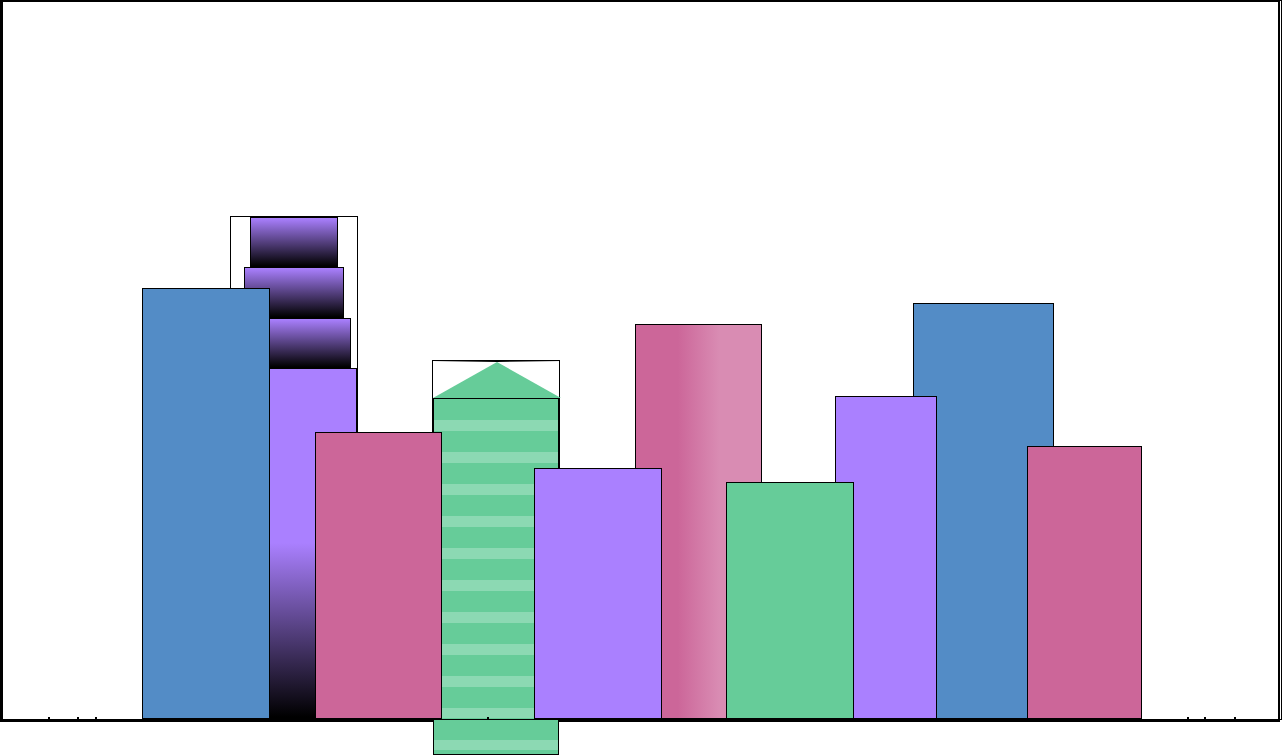
Repository: Lungdjos/city_skyline
Page: index.html
These files come from the project's save history. The page is drawn as it stood at one moment and after a run of saves; the edit follows.
The browser window is 1280 px wide. The page is 1282 px wide, so the pictures cover 1282 px, including what lies to the right of the window. The pictures show the whole page.

Above is the page before, as saved 2023-12-12 11:11:19.

### index.html
<!DOCTYPE html>
<html lang="en">

<head>
    <meta charset="UTF-8">
    <meta name="viewport" content="width=device-width, initial-scale=1.0">
    <title>City Skyline</title>
    <link href="styles.css" rel="stylesheet" />
</head>

<body>
    <div class="background-buildings">
        <div></div>
        <div></div>
        <div class="bb1">
            <div class="bb1a bb1-window"></div>
            <div class="bb1b bb1-window"></div>
            <div class="bb1c bb1-window"></div>
            <div class="bb1d"></div>
        </div>
        <div class="bb2">
            <div class="bb2a"></div>
            <div class="bb2b"></div>
        </div>
        <div class="bb3"></div>
        <div></div>
        <div class="bb4"></div>
        <div></div>
        <div></div>
    </div>
    <div class="foreground-buildings">
        <div></div>
        <div></div>
        <div class="fb1"></div>
        <div class="fb2"></div>
        <div></div>
        <div class="fb3"></div>
        <div class="fb4"></div>
        <div class="fb5"></div>
        <div class="fb6"></div>
        <div></div>
        <div></div>
    </div>
</body>

</html>

</html>

</html>

### styles.css
:root {
    --building-color1: #aa80ff;
    --building-color2: #66cc99;
    --building-color3: #cc6699;
    --building-color4: #538cc6;
    --window-color1: black;
    --window-color2: #8cd9b3;
    --window-color3: #d98cb3;
}

* {
    border: 1px solid black;
    box-sizing: border-box;
}

body {
    height: 100vh;
    margin: 0;
    overflow: hidden;
}

.background-buildings,
.foreground-buildings {
    width: 100%;
    height: 100%;
    display: flex;
    align-items: flex-end;
    justify-content: space-evenly;
    position: absolute;
    top: 0;
}


/* BACKGROUND BUILDINGS - "bb" stands for "background building" */

.bb1 {
    width: 10%;
    height: 70%;
    display: flex;
    flex-direction: column;
    align-items: center;
}

.bb1a {
    width: 70%;
}

.bb1b {
    width: 80%;
}

.bb1c {
    width: 90%;
}

.bb1d {
    width: 100%;
    height: 70%;
    background: linear-gradient( var(--building-color1) 50%, var(--window-color1));
}

.bb1-window {
    height: 10%;
    background: linear-gradient( var(--building-color1), var(--window-color1));
}

.bb2 {
    width: 10%;
    height: 50%;
}

.bb2a {
    /* margin: auto;
     width: 5vw;
    height: 5vw;
    border-top: 1vw solid #000;
    */
    border-bottom: 5vh solid var(--building-color2);
    border-left: 5vw solid transparent;
    border-right: 5vw solid transparent;
}

.bb2b {
    width: 100%;
    height: 100%;
    background: repeating-linear-gradient(var(--building-color2) 0%, var(--building-color2) 6%, var(--window-color2) 6%, var(--window-color2) 9%);
}

.bb3 {
    width: 10%;
    height: 55%;
    background-color: var(--building-color3);
    background: repeating-linear-gradient(90deg, var(--building-color3), var(--building-color3), var(--window-color3), var(--window-color3));
}

.bb4 {
    width: 11%;
    height: 58%;
    background-color: var(--building-color4);
}


/* FOREGROUND BUILDINGS - "fb" stands for "foreground building" */

.fb1 {
    width: 10%;
    height: 60%;
    background-color: var(--building-color4);
}

.fb2 {
    width: 10%;
    height: 40%;
    background-color: var(--building-color3);
}

.fb3 {
    width: 10%;
    height: 35%;
    background-color: var(--building-color1);
}

.fb4 {
    width: 8%;
    height: 45%;
    background-color: var(--building-color1);
    position: relative;
    left: 10%;
}

.fb5 {
    width: 10%;
    height: 33%;
    background-color: var(--building-color2);
    position: relative;
    right: 10%;
}

.fb6 {
    width: 9%;
    height: 38%;
    background-color: var(--building-color3);
}

After the next 2 saves:
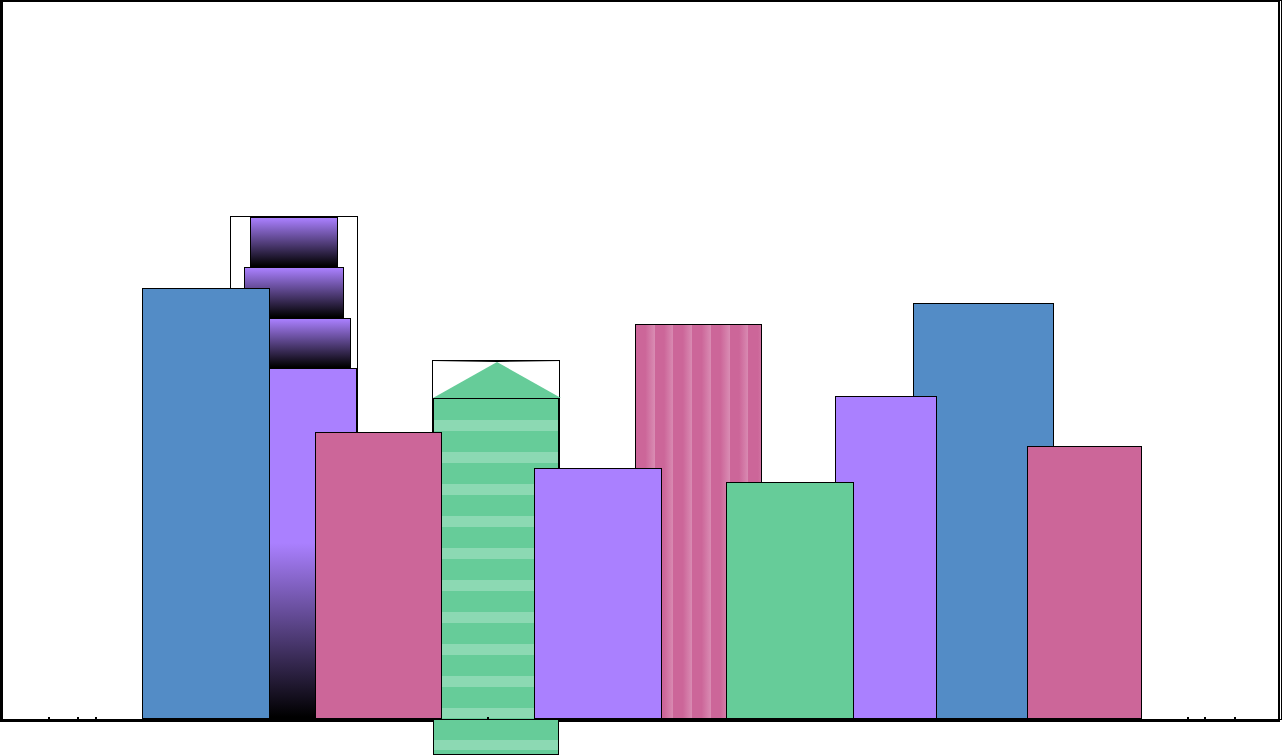
The 2 saves are shown as one change because they came seconds apart.
The last was saved 9 s later.
--- a/styles.css
+++ b/styles.css
@@ -90,7 +90,7 @@ body {
     width: 10%;
     height: 55%;
     background-color: var(--building-color3);
-    background: repeating-linear-gradient(90deg, var(--building-color3), var(--building-color3), var(--window-color3), var(--window-color3));
+    background: repeating-linear-gradient(90deg, var(--building-color3), var(--building-color3), var(--window-color3) 15%);
 }
 
 .bb4 {
